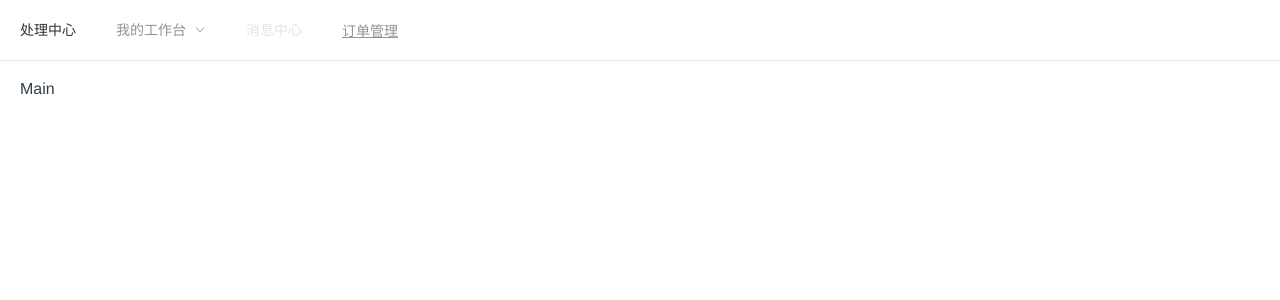
Repository: gaoxinke88888888/vue2-router-template
Page: /
An editor plug-in stored every save of this project. The page is shown before and after the next save, followed by the edit.
The browser window is 1280 px wide. The pictures show the whole page.
The project was rebuilt for these pictures with package versions that can differ from the ones it lists, and the page was loaded fresh each time. Also part of the build but not shown: vue.config.js.

Above is the page before, as saved 2022-04-01 11:15:32.

### src/main.js
import Vue from "vue";
import ElementUI from 'element-ui';
import 'element-ui/lib/theme-chalk/index.css';
import App from "./App";

import router from './router/index.js'

Vue.use(ElementUI)

new Vue({
  el: "#app",
  router,
  render: (h) => h(App),
});

// new Vue({
//   el: "#app",
//   router: router,
//   render: (h) => h(App)
// });

### src/App.vue
<template>
  <div id="app">
    <router-view></router-view>
  </div>
</template>

<script>

export default {
  name: 'App'
}
</script>

<style>
#app {
  font-family: Avenir, Helvetica, Arial, sans-serif;
  -webkit-font-smoothing: antialiased;
  -moz-osx-font-smoothing: grayscale;
  color: #2c3e50;
  width: 100%;
  height: 100%;
}
html,body{
width: 100%;
height: 100%;
margin: 0 0 0 0;
}
</style>

### src/router/index.js

import VueRouter from 'vue-router'
import Vue from 'vue'
Vue.use(VueRouter)
const routes = [
  {
  path: '/',
  alias: '/home',
  name: 'home',
  meta: {},
  component: () => import('../view/home.vue'),
  },
  {
    path: '/login',
    name: 'login',
    meta: {},
    component: () => import('../view/login.vue'),
    },
]
const router = new VueRouter({
        routes,
        mode: 'history'
    })
export default router

### src/view/home.vue
<template>
  <div>
    <el-container>
      <el-header style="padding: 0 0 0 0">
        <el-menu
          :default-active="activeIndex"
          class="el-menu-demo"
          mode="horizontal"
          @select="handleSelect"
        >
          <el-menu-item index="1">处理中心</el-menu-item>
          <el-submenu index="2">
            <template slot="title">我的工作台</template>
            <el-menu-item index="2-1">选项1</el-menu-item>
            <el-menu-item index="2-2">选项2</el-menu-item>
            <el-menu-item index="2-3">选项3</el-menu-item>
            <el-submenu index="2-4">
              <template slot="title">选项4</template>
              <el-menu-item index="2-4-1">选项1</el-menu-item>
              <el-menu-item index="2-4-2">选项2</el-menu-item>
              <el-menu-item index="2-4-3">选项3</el-menu-item>
            </el-submenu>
          </el-submenu>
          <el-menu-item index="3" disabled>消息中心</el-menu-item>
          <el-menu-item index="4"
            ><a href="https://www.ele.me" target="_blank"
              >订单管理</a
            ></el-menu-item
          >
        </el-menu>
      </el-header>
      <el-main>Main</el-main>
    </el-container>
  </div>
</template>
<script>
export default {
  name: "App",
  data() {
    return {};
  },
};
</script>
<style scoped></style>

Loaded but not shown: public/index.html (common file)

After the next save:
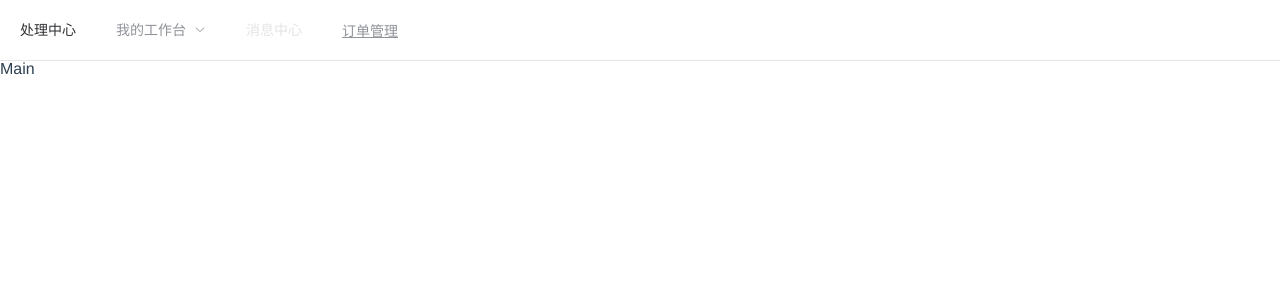
Saved 17 s later.
--- a/src/view/home.vue
+++ b/src/view/home.vue
@@ -29,7 +29,7 @@
           >
         </el-menu>
       </el-header>
-      <el-main>Main</el-main>
+      <el-main style="padding: 0 0 0 0">Main</el-main>
     </el-container>
   </div>
 </template>

After the 2 saves that followed:
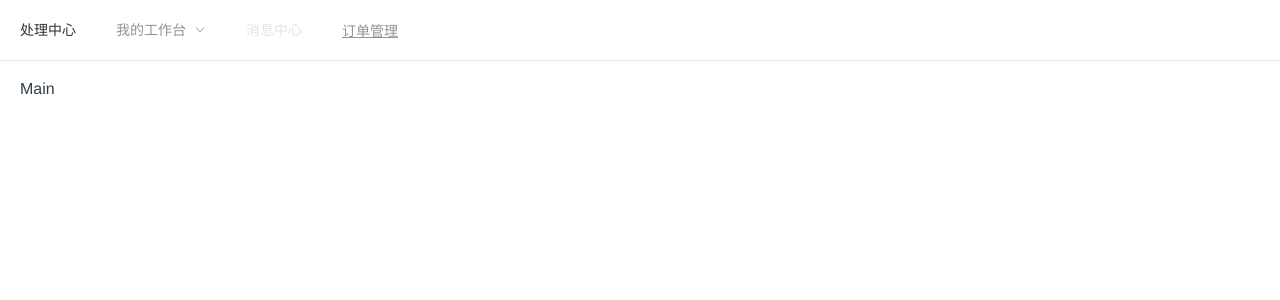
The 2 saves are shown as one change because they came seconds apart.
The last was saved 10 s later.
--- a/src/view/home.vue
+++ b/src/view/home.vue
@@ -29,7 +29,7 @@
           >
         </el-menu>
       </el-header>
-      <el-main style="padding: 0 0 0 0">Main</el-main>
+      <el-main>Main</el-main>
     </el-container>
   </div>
 </template>
